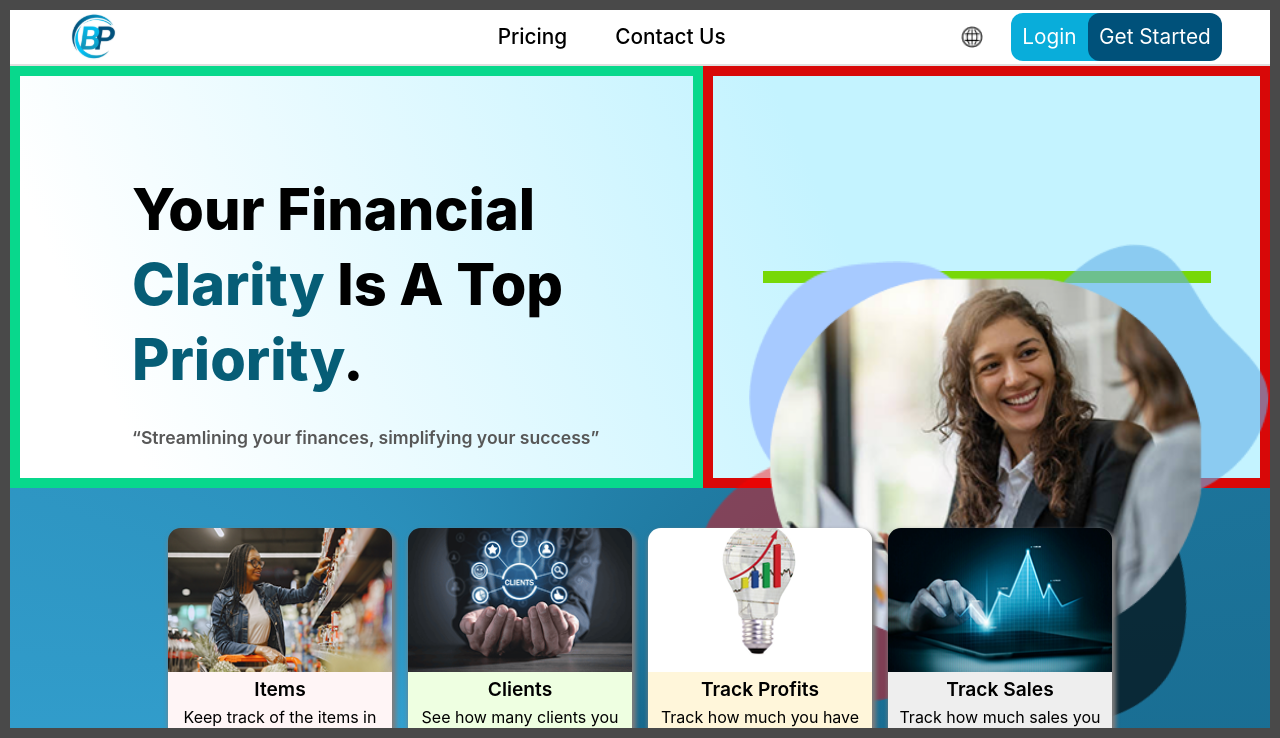
Repository: dark-txch/Bizpadi
Page: /
These files come from the project's save history. The page is drawn as it stood at one moment and after the next save; the edit follows.
The browser window is 1280 px wide. The pictures show the whole page.
The project was rebuilt for these pictures with package versions that can differ from the ones it lists, and the page was loaded fresh each time. Also part of the build but not shown: vite.config.js, src/components/ErrorBoundary.jsx, src/components/LandingPage/PricingPage/Pricing.jsx, src/components/LandingPage/LogInPage/LogIn.jsx.

Above is the page before, as saved 2025-04-09 19:54:53.

### index.html
<!DOCTYPE html>
<html lang="en">
	<head>
		<meta charset="UTF-8" />
		<link rel="icon" type="image/svg+xml" href="/public/logo.svg" />
		<meta name="viewport" content="width=device-width, initial-scale=1.0" />
		<title>Bizpadi</title>
	</head>
	<body>
		<div id="root"></div>
		<script type="module" src="/src/main.jsx"></script>
	</body>
</html>

### src/index.css
:root {
	font-family: system-ui, Avenir, Helvetica, Arial, sans-serif;
	line-height: 1.5;
	font-weight: 400;
	font-size: 16px;

	color-scheme: light dark;
	color: black;
	background-color: white;

	font-synthesis: none;
	text-rendering: optimizeLegibility;
	-webkit-font-smoothing: antialiased;
	-moz-osx-font-smoothing: grayscale;
}

* {
	box-sizing: border-box;
	padding: 0;
	margin: 0;
	outline: none;
	border: none;
}

body {
	height: 100vh;
	width: 100vw;

	font-family: "inter", sans-serif;
}

a {
	text-decoration: none;
}

@font-face {
	font-family: "MyCustomFont";
	src: url("/fonts/Inter/Inter-Italic-VariableFont_opsz,wght.ttf")
			format("truetype"),
		url("/fonts/Inter/Inter-VariableFont_opsz,wght.ttf") format("truetype");
	font-weight: normal;
	font-style: normal;
}

### src/App.jsx
import "./components/LandingPage/LandingPage.css";
import { BrowserRouter as Router, Routes, Route } from "react-router-dom";
import ErrorBoundary from "./components/ErrorBoundary";
// Upper imports are very important
import Nav from "./components/LandingPage/Nav";
import PricingPage from "./components/LandingPage/PricingPage/Pricing";
import LogInPage from "./components/LandingPage/LogInPage/LogIn";
import MidSection from "./components/LandingPage/MidSection";
import Footer from "./components/LandingPage/Footer";

function LandingPage() {
	return (
		<>
			<div className="landingPageContainer">
				<Nav />
				<MidSection />
				<Footer />
			</div>
		</>
	);
}

function App() {
	return (
		<Router>
			<Routes>
				<Route path="/" element={<LandingPage />} />
				<Route path="/pricing" element={<PricingPage />} />
				<Route path="/login" element={<LogInPage />} />
			</Routes>
		</Router>
	);
}

export default App;

### src/components/LandingPage/LandingPage.css
/* DESKTOP WORKFLOW ------------------------------------------------- */
/* ------------------------------------------------------------------------------- */
/* THIS IS THE LANDING PAGE CONTAINER */
.landingPageContainer {
	width: 100vw;
	min-height: 100vh;
	overflow: hidden;
	font-family: "Inter", sans-serif;
	display: grid;
	grid-template-rows: 3.5rem 1fr 15rem;

	border: 10px solid rgb(73, 73, 73);
}
/* -------------------------------------------------------------------------------------------- */
/* MEDIA QUERY FOR MOBILE PHONES -------------------------------------- */
@media (max-width: 850px) {
	/* MAIN CONTAINER */
	.landingPageContainer {
		width: 100%;
		height: auto;
		grid-template-rows: 3.5rem 1fr;
	}
}

### src/components/LandingPage/Nav.jsx
import { Link } from "react-router-dom";
import "./Nav.css";

export default function Nav() {
	return (
		<>
			<nav className="homepage-nav">
				{/* LOGO CONTAINER */}
				<div className="logo">
					<img src="/assets/icons/logo.svg" alt="Bizpadi icon" />
				</div>

				{/* PRICING AND CONTACT US CONTAINER */}
				<div className="pricingContact">
					<Link to="/pricing">Pricing</Link>
					<a href="#">Contact Us</a>
				</div>

				{/* LOGIN AND GET STARTED CONTAINER*/}
				<div className="loginGetStarted">
					<img src="/assets/icons/world.png" alt="world" />
					<Link to="/login">Login</Link>
					<a href="#">Get Started</a>
				</div>
			</nav>
		</>
	);
}

### src/components/LandingPage/MidSection.jsx
import "./MidSection.css";

export default function MidSection() {
	return (
		// PARENT CONTAINER
		<div className="midSection">
			{/* SECTION HOUSING THE HEADING AND PARAGRAPH */}
			<section className="sectionMotto">
				<div className="headingParagraph">
					<h1>
						Your financial <span>clarity</span> is a top <span>priority</span>.
					</h1>
					<p>“Streamlining your finances, simplifying your success”</p>
				</div>
			</section>

			{/* This is the images section in the mid section */}
			<section className="sectionImagesParent">
				<div className="ImageChildrenWrapper">
					<img src="/assets/images/smiley.png" alt="smiley" />
					<img src="/assets/images/Vector-black.png" alt="vector-black" />
					<img src="/assets/images/Vector-blue.png" alt="vector-blue" />
					<img src="/assets/images/Vector-orange.png" alt="vector-orange" />
					<img src="/assets/images/Vector.png" alt="vector" />
				</div>
			</section>
		</div>
	);
}

### src/components/LandingPage/Footer.jsx
import "./Footer.css";

export default function Footer() {
	return (
		<div className="footer">
			{/* The section container is the parent to the features */}
			<section className="footerFeaturesParent">
				{/* 2TH CONTAINER */}
				<div className="singleFeatureContainer ">
					<div className="featureImageContainer">
						<img src="/public/assets/images/client-1.png" alt="client-1" />
					</div>
					<div className="items">
						<h1>Items</h1>
						<p>Keep track of the items in your stock, stay ahead.</p>
					</div>
				</div>

				{/* 2TH CONTAINER */}
				<div className="singleFeatureContainer ">
					<div className="featureImageContainer">
						<img src="/public/assets/images/client-2.png" alt="client-2" />
					</div>
					<div className="clients">
						<h1>Clients</h1>
						<p>
							See how many clients you have, build relationship and deliver
							result.
						</p>
					</div>
				</div>

				{/* 3TH CONTAINER */}
				<div className="singleFeatureContainer ">
					<div className="featureImageContainer">
						<img
							src="/public/assets/images/track-profit.png"
							alt="track-profit"
						/>
					</div>
					<div className="trackProfits">
						<h1>Track Profits</h1>
						<p>
							Track how much you have made in profit to know how to increase
							profit.
						</p>
					</div>
				</div>

				{/* 4TH CONTAINER */}
				<div className="singleFeatureContainer">
					<div className="featureImageContainer">
						<img
							src="/public/assets/images/track-sales.png"
							alt="track-sales"
						/>
					</div>
					<div className=" trackSales">
						<h1>Track Sales</h1>
						<p>Track how much sales you have made.</p>
					</div>
				</div>
			</section>
		</div>
	);
}

### src/components/LandingPage/Nav.css
/* ------------------------------------------------------------------------------------ */
/*  THIS IS THE NAV COMPONENT CSS -----------------------------------------*/
.homepage-nav {
	/* height: 3.5rem; */
	display: flex;
	padding: 0 3rem 0;
	font-size: 1.3rem;
	align-items: center;
	justify-content: space-between;
	border-bottom: 2px solid #e1dfdf;
}

/*  NAV CONTAINER CHILDREN */
.homepage-nav .logo {
	/* LOGO CONTAINER */
	display: flex;
	flex: 1;
	align-self: center;
	height: inherit;
}

.homepage-nav .logo img {
	/*  LOGO IMG */
	height: 100%;
	width: auto;
}

.homepage-nav .pricingContact {
	/* PRICING AND CONTACT US CONTAINER */
	display: flex;
	flex: 3;
	justify-content: center;
	gap: 3rem;
	font-weight: 500;
	line-height: 100%;
	letter-spacing: 0%;
}

.homepage-nav .pricingContact a {
	color: black;
	cursor: pointer;
}

.homepage-nav .pricingContact a:hover {
	color: #09adda;
}

.homepage-nav .loginGetStarted {
	/* LOGIN AND GET STARTED CONTAINER*/
	height: 3rem;
	display: flex;
	flex: 1;
	justify-content: end;
	align-items: center;
	gap: 0.7rem;
	color: white;
	border-radius: 12px;
}

.homepage-nav .loginGetStarted img {
	/* LOGIN AND GET STARTED IMAGE */
	height: 1.5rem;
	transform: translate(1rem, 0);
}

.homepage-nav .loginGetStarted a:nth-of-type(1) {
	/* LOGIN BUTTON */
	background-color: #09adda;
	color: inherit;
	height: inherit;
	border-radius: inherit;
	display: flex;
	align-items: center;
	padding: 0 2rem 0 0.7rem;
	transform: translate(2rem, 0);
}

.homepage-nav .loginGetStarted a:nth-of-type(1):hover {
	background-color: #30d2ff;
	color: rgb(0, 0, 0);
}

.homepage-nav .loginGetStarted a:nth-of-type(2) {
	/* THIS IS THE GET STARTED BUTTON*/
	background-color: #00517a;
	display: flex;
	align-items: center;
	white-space: nowrap;
	color: inherit;
	height: inherit;
	border-radius: inherit;
	padding: 0 0.7rem;
	position: relative;
	z-index: 2;
}

.homepage-nav .loginGetStarted a:nth-of-type(2):hover {
	background-color: #012435;
}

/* -------------------------------------------------------------------------------------------- */
/* MEDIA QUERY */
/* -------------------------------------------------------------------------------------------- */
@media (max-width: 850px) {
	.homepage-nav {
		padding: 0 1.5rem 0 0;
	}

	.homepage-nav .pricingContact {
		gap: 1.8rem;
	}
}
/* -------------------------------------------------------------------------------------------- */
/* THE END */
/* -------------------------------------------------------------------------------------------- */

### src/components/LandingPage/MidSection.css
/* -------------------------------------------------------------------------------------------------- */
/* MIDSECTION -------------------------------------------------------------------------------*/
/* HOUSES THE HEADER AND PARAGRAPH */
.midSection {
	display: flex;
	/* flex-grow: 1; */
	width: 100%;
	background: linear-gradient(246.72deg, #c4f3ff 34.96%, #ffffff 90.24%);
}

/* CONTAINER FOR THE HEADING AND PARAGRAPH */
.sectionMotto {
	width: 55%;
	height: 100%;
	min-width: 50%;
	padding: 6rem 2rem 2rem 7rem;

	border: 10px solid rgb(8, 216, 140);
}

.headingParagraph {
	width: 100%;
	height: 100%;
}

.headingParagraph > h1 {
	font-size: clamp(0.8rem, 5vw, 3.6rem);
	font-weight: 800;
	line-height: 130%;
	text-transform: capitalize;
	margin-bottom: 2rem;
}

.headingParagraph > h1 span {
	color: #065d76;
}

.headingParagraph > p {
	font-weight: 600;
	font-size: clamp(0.8rem, 5vw, 1.1rem);
	line-height: 100%;
	letter-spacing: 0%;
	color: #575757;
}

/*PARENT CONTAINER FOR THE MIDSECTION IMAGES*/
.sectionImagesParent {
	height: 100%;
	width: 45%;

	display: flex;
	justify-content: center;
	align-items: center;

	border: 10px solid rgb(216, 8, 8);
}

/* THIS CONTAINER HOUSES ALL THE IMAGES */
.ImageChildrenWrapper {
	width: 28rem;
	height: auto;
	/* width: 100%; */
	position: relative;
	place-self: center;

	border: 6px solid rgb(119, 216, 8);
}

.ImageChildrenWrapper > img:nth-of-type(1) {
	/* SMILEY IMAGE */
	position: absolute;
	border-radius: 9.4rem;
	width: 100%;
	height: auto;
	z-index: 999;
}

.ImageChildrenWrapper > img:nth-of-type(2) {
	/* BLACK VECTOR */
	position: absolute;
	width: 16rem;
	height: 16rem;
	top: 6rem;
	right: 2rem;
	transform: translate(1rem, 6rem) rotate(10deg);
}

.ImageChildrenWrapper > img:nth-of-type(3) {
	/* EGG LIGHT BLUE VECTOR */
	position: absolute;
	width: 14.5rem;
	height: 16rem;
	top: -3rem;
	right: 9rem;
	transform: translate(-5rem, 2rem);
}

.ImageChildrenWrapper > img:nth-of-type(4) {
	/*ORANGE VECTOR*/
	position: absolute;
	width: 16rem;
	height: 16rem;
	top: 1rem;
	right: 8.3rem;
	transform: translate(-7rem, 10rem) rotate(-15deg);
}

.ImageChildrenWrapper > img:nth-of-type(5) {
	/* BLUE VECTOR TOP RIGHT*/
	position: absolute;
	width: 16rem;
	height: 16rem;
	top: -5rem;
	right: 0;
	transform: translate(4em, 3rem) rotate(2deg);
}

/* -------------------------------------------------------------------------------------------- */
/* MEDIA QUERY */
/* -------------------------------------------------------------------------------------------- */
@media (max-width: 850px) {
	/* HOUSES THE HEADER AND PARAGRAPH */
	.midSection {
		width: 100vw;
		flex-direction: column;
		padding: 0 2rem 0;

		border: 4px solid rgb(25, 0, 255);
	}

	/* CONTAINER FOR THE HEADING AND PARAGRAPH */
	.sectionMotto {
		width: 100%;
		min-height: 30rem;
		display: flex;
		justify-content: center;
		align-items: center;
		text-align: center;
		padding: 8rem 0;
		margin-bottom: 3rem;

		border: 2px solid rgb(33, 34, 33);
	}

	.headingParagraph > h1 {
		font-size: 4rem;
	}

	.headingParagraph > p {
		font-size: 1.3rem;
	}

	/*PARENT CONTAINER FOR THE MIDSECTION IMAGES*/
	.sectionImagesParent {
		width: 100%;
		display: flex;
		justify-content: center;
		margin-bottom: 5rem;

		border: 10px solid rgb(216, 8, 8);
	}

	.ImageChildrenWrapper {
		border: 2px solid yellow;

		width: 40rem;
	}
}
/* -------------------------------------------------------------------------------------------- */
/* THE END */
/* -------------------------------------------------------------------------------------------- */

### src/components/LandingPage/Footer.css
/* -------------------------------------------------------------------------------------------- */
/* FOOTER */
/* -------------------------------------------------------------------------------------------- */
.footer {
	width: 100%;
	height: 100%;
	display: flex;
	justify-content: center;
	padding: 2rem;
	background: conic-gradient(
		from 164.13deg at 41.58% 79.97%,
		#115e80 0deg,
		#3db3e6 3.6deg,
		#115e80 360deg
	);
}

/* FEATURE PARENT CONTAINER*/
.footerFeaturesParent {
	width: 100%;
	height: 20rem;
	display: flex;
	justify-content: center;
	align-items: center;
	gap: 1rem;
	flex-wrap: nowrap;
	z-index: 999;
}

/* CONTAINER FOR THE FEATURES */
.singleFeatureContainer {
	width: 14rem;
	height: 19rem;
	display: flex;
	flex-direction: column;
	border-radius: 0.8rem;
	text-align: center;
	letter-spacing: 0%;
	box-shadow: 2px 4px 4px 2px #7d7d7d;
	overflow: hidden;
}

/* CONTAINER FOR THE IMAGES */
.featureImageContainer {
	height: 9rem;
	flex: 0 0 auto;
}
.featureImageContainer img {
	width: 100%;
	height: 100%;
}

.items,
.clients,
.trackProfits,
.trackSales {
	flex: 1 1 auto;
}

.singleFeatureContainer h1 {
	font-weight: 600;
	font-size: clamp(0.8rem, 5vw, 1.2rem);
	line-height: 100%;
	margin-top: 0.5rem;
}

.singleFeatureContainer p {
	font-weight: 400;
	font-size: clamp(0.8rem, 5vw, 1rem);
	line-height: 130%;
	padding: 0 10px 0;
	margin-top: 0.5rem;
}

/* SEPERATE COLOURS FOR EACH CONTAINER */
.items {
	background-color: #fff5f6;
}
.clients {
	background-color: #eeffe1;
}
.trackProfits {
	background-color: #fff6da;
}
.trackSales {
	background-color: #eeeeee;
}
/* -------------------------------------------------------------------------------------------- */
/* MEDIA QUERY */
/* -------------------------------------------------------------------------------------------- */
@media (max-width: 850px) {
	.footer {
		height: auto;
		padding: 5rem 0;
	}

	/* FEATURE PARENT CONTAINER*/
	.footerFeaturesParent {
		height: auto;
		flex-direction: column;
		gap: 5rem;
	}

	/* CONTAINER FOR THE FEATURES */
	.singleFeatureContainer {
		width: 27rem;
		height: 30rem;
		border-radius: 4rem;
	}

	.featureImageContainer {
		height: 18rem;
	}

	.items,
	.clients,
	.trackProfits,
	.trackSales {
		flex: 1 1 auto;
		padding: 0 2rem;
	}

	.singleFeatureContainer h1 {
		font-size: clamp(0.8rem, 5vw, 2rem);
		padding: 1.5rem 0 1rem;
	}

	.singleFeatureContainer p {
		font-size: clamp(0.8rem, 5vw, 1.1rem);
	}
	/* -------------------------------------------------------------------------------------------- */
	/* THE END */
	/* -------------------------------------------------------------------------------------------- */
}

Loaded but not shown: src/main.jsx (common file)

After the next save:
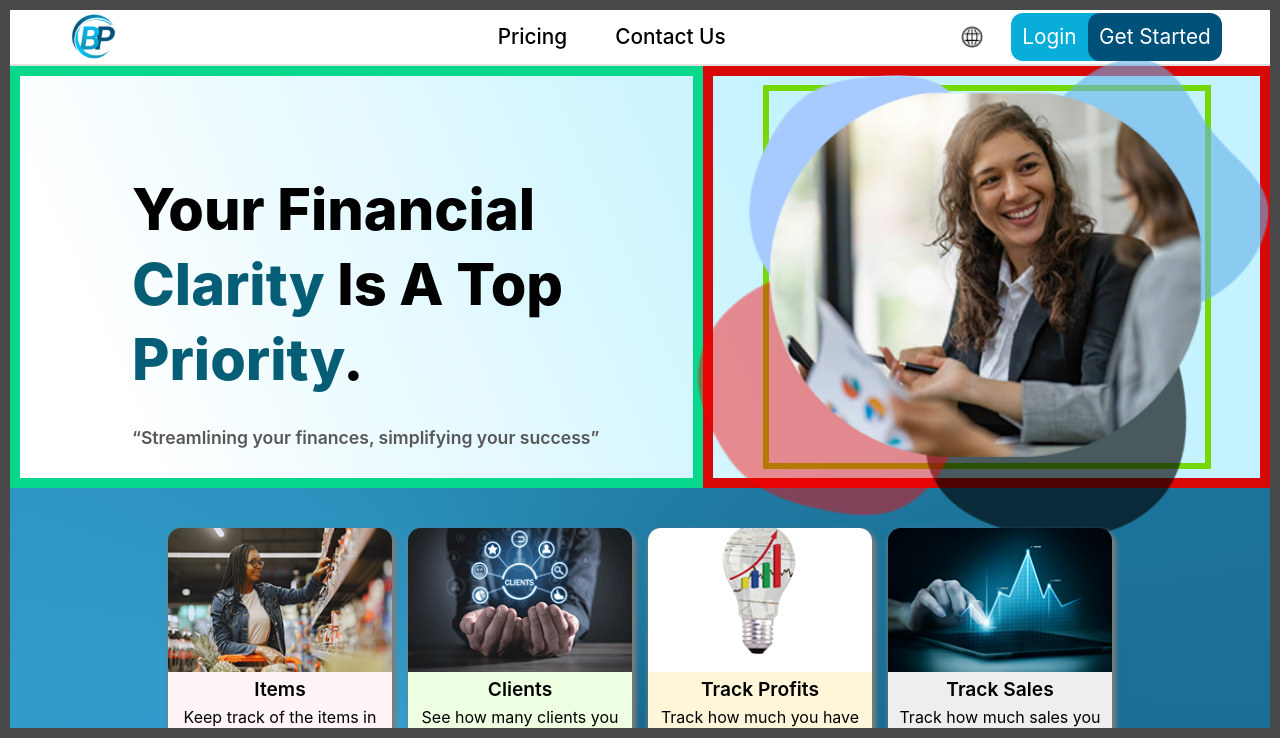
Saved 9 s later.
--- a/src/components/LandingPage/MidSection.css
+++ b/src/components/LandingPage/MidSection.css
@@ -68,7 +68,7 @@
 
 .ImageChildrenWrapper > img:nth-of-type(1) {
 	/* SMILEY IMAGE */
-	position: absolute;
+	position: relative;
 	border-radius: 9.4rem;
 	width: 100%;
 	height: auto;
